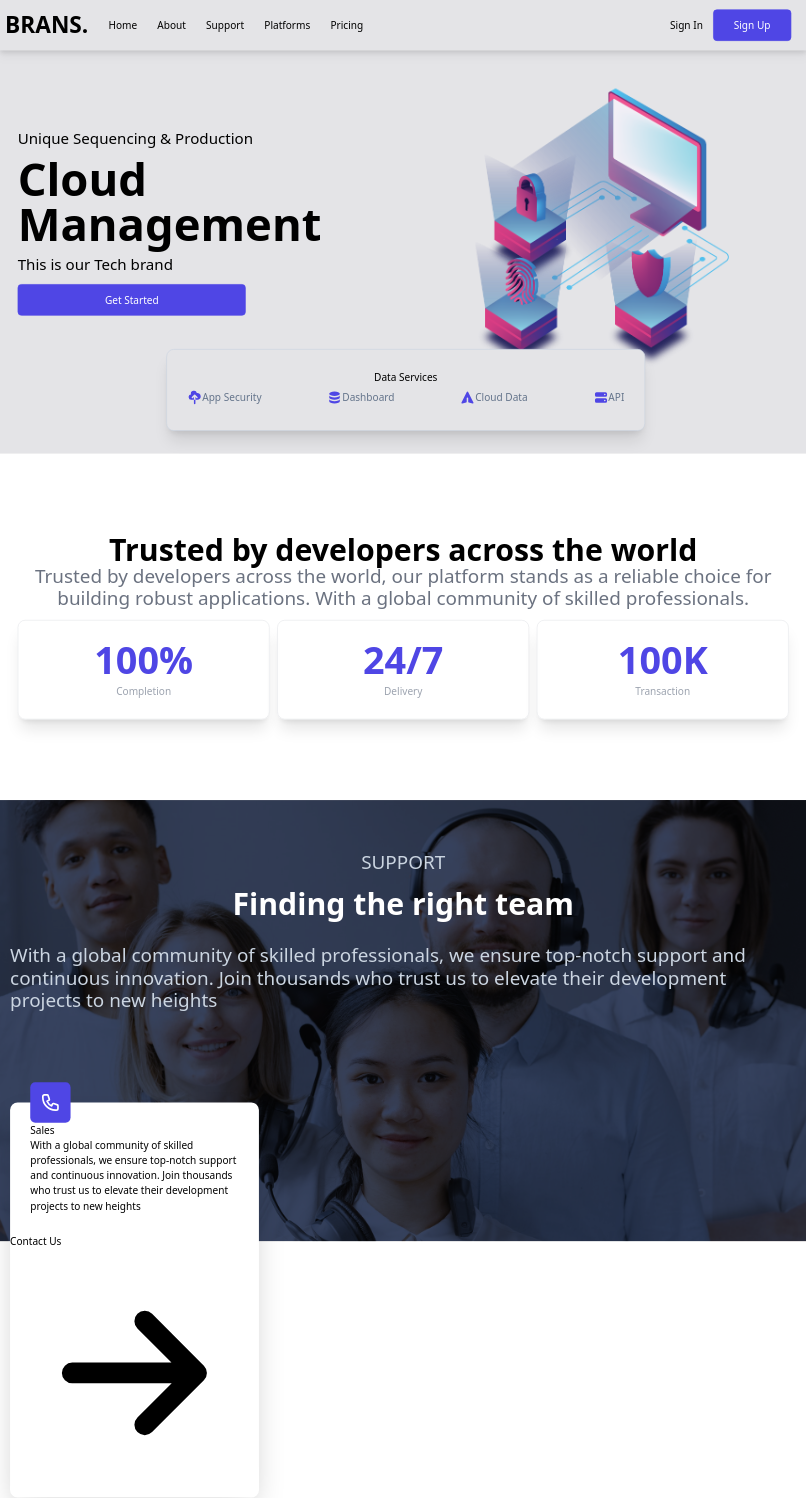
Repository: adrcstro/react-project-2
Page: /
The author's editor kept a copy of each file at every save. The page is drawn from the files as they stood at one save, then again after the next save.
The browser window is 1280 px wide. The pictures show the whole page, at 63% of full size.
The project was rebuilt for these pictures with package versions that can differ from the ones it lists, and the page was loaded fresh each time.

Above is the page before, as saved 2024-08-15 20:33:22.

### src/index.js
import React from 'react';
import ReactDOM from 'react-dom/client';
import './index.css';
import App from './App';

const root = ReactDOM.createRoot(document.getElementById('root'));
root.render(

    <App />

);

### src/index.css
@tailwind base;
@tailwind components;
@tailwind utilities;

@layer base{
    li{
       @apply p-4
    }
    button{
        @apply text-white border bg-indigo-600 border-indigo-600
        hover:bg-transparent hover:text-indigo-600 rounded-md
    }
}

### src/App.js
import About from "./components/About";
import Hero from "./components/Hero";
import Navbar from "./components/Navbar";
import Support from "./components/Support";



function App() {
  return (
    <>
<Navbar/>
<Hero/>
<About />
<Support />
    </>

  );
}

export default App;

### src/components/About.jsx
import React from 'react'

function About() {
  return (
    <div className='w-full my-32'>
        <div className='max-w-[1240px] mx-auto'>
          <div className='text-center'>
            <h2 className='text-5xl font-bold'>Trusted by developers across the world</h2>
            <p className='text-3xl py6 text-gray-500 px-3'>Trusted by developers across the world, our platform stands as a reliable choice for building robust
             applications. With a global community of skilled professionals.</p>
          </div>

          <div className='grid md:grid-cols-3 gap-3 px-2 text-center mt-4'>
             <div className='border py-8 rounded-xl shadow-xl'>
              <p className='text-6xl font-bold text-indigo-600'>100%</p>
              <p className='text-gray-400 mt-2'>Completion</p>
             </div>
             <div className='border py-8 rounded-xl shadow-xl'>
              <p className='text-6xl font-bold text-indigo-600'>24/7</p>
              <p className='text-gray-400 mt-2'>Delivery</p>
             </div>
             <div className='border py-8 rounded-xl shadow-xl'>
              <p className='text-6xl font-bold text-indigo-600'>100K</p>
              <p  className='text-gray-400 mt-2'>Transaction</p>
             </div>
          </div>
        </div>
    </div>
  )
}

export default About

### src/components/Hero.jsx
import React from 'react'
import {
  CloudUploadIcon,
  DatabaseIcon,
  PaperAirplaneIcon,
  ServerIcon,
} from '@heroicons/react/solid'

import bgImg from '../assets/cyber-bg.png'

function Hero() {
  return (
    <div className='w-full h-screen bg-zinc-200 flex flex-col justify-between'>
<div className='grid md:grid-cols-2 max-w-[1240px] m-auto'>
       <div className='flex flex-col justify-center md:items-start w-full px-2 py-8'>
        <p className='text-2xl'>Unique Sequencing & Production</p>
        <h1 className='py-3 text-5xl md:text-7xl font-bold'>Cloud Management</h1>
        <p className='text-2xl'>This is our Tech brand</p>
        <button className='py-3 px-6 sm:w-[60%] my-4 '>Get Started</button>
       </div>
       <div>
    <img className='w-full' src={bgImg} alt='/' />
       </div>
<div className='absolute flex flex-col py-8 md:min-w-[760px] bottom-[5%] mx-1 md:left-1/2
transform md:-translate-x-1/2 bg-zinc-200 border border-slate-300 rounded-xl text-center shadow-xl'>
  <p>Data Services</p>
  <div className='flex justify-between flex-wrap px-4'>
    <p className='flex px-4 py-2 text-slate-500'><CloudUploadIcon className='h-6 text-indigo-600' /> App Security</p>
    <p className='flex px-4 py-2 text-slate-500'><DatabaseIcon className='h-6 text-indigo-600' /> Dashboard</p>
    <p className='flex px-4 py-2 text-slate-500'><PaperAirplaneIcon className='h-6 text-indigo-600' /> Cloud Data</p>
    <p className='flex px-4 py-2 text-slate-500'><ServerIcon className='h-6 text-indigo-600' /> API</p>
  </div>
</div>
</div>
    </div>
  )
}

export default Hero

### src/components/Navbar.jsx
import React ,{useState} from 'react'
import {MenuIcon, XIcon} from '@heroicons/react/outline'

function Navbar() {

const [nav, setNav] = useState(false)
const handleClick = () => setNav(!nav)



  return (
    <div className='w-screen h-[80px] z-10 bg-zinc-200 fixed drop-shadow-lg'>
    <div className='px-2 flex justify-between items-center  w-full h-full'>
<div className='flex items-center'>
  <h1 className='text-3xl font-bold mr-4 sm:text-4xl'>BRANS.</h1>
  <ul className='hidden  md:flex'>
<li>Home</li>
<li>About</li>
<li>Support</li>
<li>Platforms</li>
<li>Pricing</li>
  </ul>
</div>
<div className='hidden md:flex pr-4'>
  <button className='border-none bg-transparent text-black mr-4'>Sign In</button>
  <button className='px-8 py-3'>Sign Up</button>
</div>

    <div  className='md:hidden' onClick={handleClick}>
    {!nav ? <MenuIcon className="w-5"/> : <XIcon className='w-5'/>}

    </div>
    </div>
<ul className={!nav ? 'hidden' : 'absolute bg-zinc-200 w-full px-8'}>
<li className='border-b-2 border-zinc-300 w-full'>Home</li>
<li className='border-b-2 border-zinc-300 w-full'>About</li>
<li className='border-b-2 border-zinc-300 w-full'>Support</li>
<li className='border-b-2 border-zinc-300 w-full'>Platforms</li>
<li className='border-b-2 border-zinc-300 w-full'>Pricing</li>
<div className='flex flex-col my-4'>
<button className='bg-transparent  text-indigo-600 px-8 py-3 mb-4'>Sign In</button>
<button className='px-8 py-3'>Sign Up</button>
</div>
</ul>

    </div>

  )
}

export default Navbar

### src/components/Support.jsx
import React from 'react'
import {PhoneIcon, ArrowSmRightIcon} from '@heroicons/react/outline';
import {ChipIcon, SupportIcon} from '@heroicons/react/solid'

import supportImg from '../assets/support.jpg'
function Support() {
  return (
    <div className='w-full h-screen mt-24'>
        <div className='w-full h-[700px] bg-gray-900/90 absolute'>
            <img className='w-full h-full object-cover mix-blend-overlay' src={supportImg} alt='/' />
        </div>
        <div className='w-max-w-[1240px] mx-auto text-white relative'>
            <div className='px-4 py-12'>
                <h2 className='text-3xl pt-8 text-slate-300 uppercase text-center'>Support</h2>
                <h3 className='text-5xl font-bold py-6 text-center'>Finding the right team</h3>
                <p className='py-4 text-3xl yex-center text-slate-300 '>With a global community of skilled professionals, we ensure top-notch support and continuous innovation. Join thousands
                 who trust us to elevate their development projects to new heights</p>
            </div>


            <div className='grid grid-cols-1 lg:grid-cols-3 relative gap-x-8 gap-y-16 px-4 pt-12 sm:pt-20 text-black'>
            <div className='bg-white rounded-xl shadow-2xl'>
                 <div className='p-8'>
                    <PhoneIcon className='w-16 p-4 bg-indigo-600 text-white rounded-lg mt-[-4rem]'/>
                    <h3>Sales</h3>
                    <p>With a global community of skilled professionals, we ensure top-notch support and continuous innovation. Join thousands who trust us to elevate their development projects to new heights</p>
                 </div>
                 <div>
                    <p>Contact Us <ArrowSmRightIcon/> </p>
                 </div>
            </div>
        </div>
    </div>
    </div>
  )
}

export default Support

Loaded but not shown: public/index.html (common file); tailwind.config.js (common file)

After the next save:
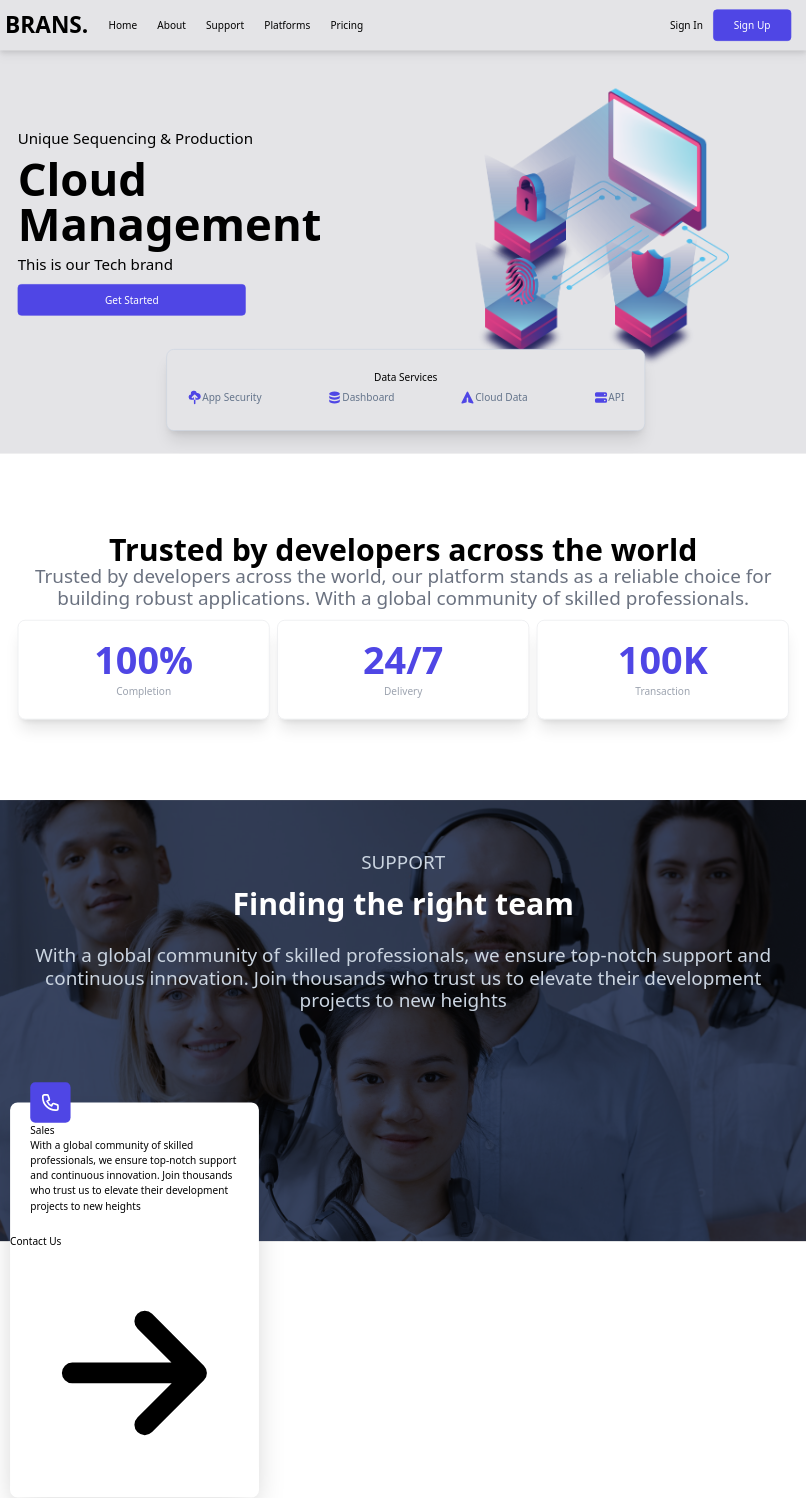
Saved 23 s later.
--- a/src/components/Support.jsx
+++ b/src/components/Support.jsx
@@ -13,7 +13,7 @@ function Support() {
             <div className='px-4 py-12'>
                 <h2 className='text-3xl pt-8 text-slate-300 uppercase text-center'>Support</h2>
                 <h3 className='text-5xl font-bold py-6 text-center'>Finding the right team</h3>
-                <p className='py-4 text-3xl yex-center text-slate-300 '>With a global community of skilled professionals, we ensure top-notch support and continuous innovation. Join thousands
+                <p className='py-4 text-3xl text-center text-slate-300 '>With a global community of skilled professionals, we ensure top-notch support and continuous innovation. Join thousands
                  who trust us to elevate their development projects to new heights</p>
             </div>
 
